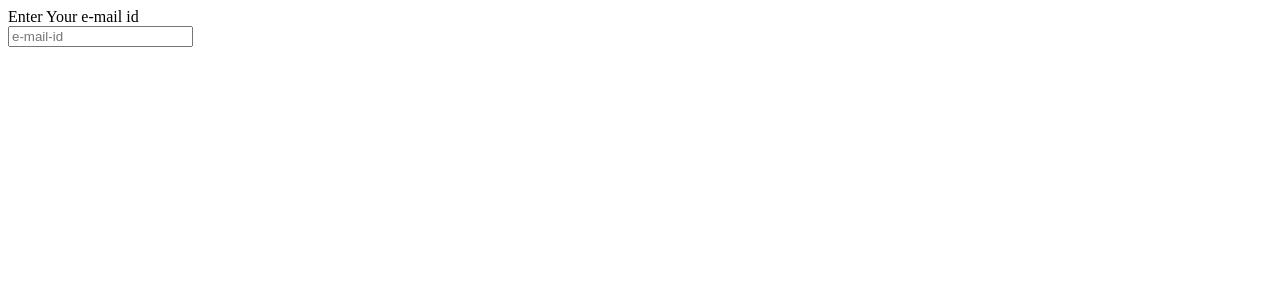
Repository: sauran/SapientTraining
Page: DemoProject/WebContent/passwordrecovery.html
These files come from the project's save history. The page is drawn as it stood at one moment and after the next save; the edit follows.
The browser window is 1280 px wide. The pictures show the whole page.

Above is the page before, as saved 2015-09-15 09:29:44.

### DemoProject/WebContent/passwordrecovery.html
<!DOCTYPE html>
<html>
<head>
<meta charset="ISO-8859-1">
<title>Password Recovery</title>
</head>
<body>

Enter Your e-mail id<br>
<input type = "text" placeholder = "e-mail-id"><br>


</body>
</html>

After the next save:
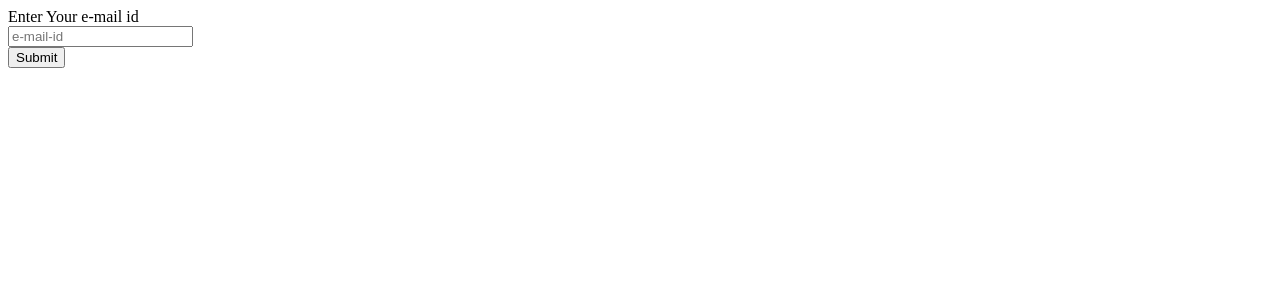
Saved 3 min 13 s later.
--- a/DemoProject/WebContent/passwordrecovery.html
+++ b/DemoProject/WebContent/passwordrecovery.html
@@ -8,6 +8,7 @@
 
 Enter Your e-mail id<br>
 <input type = "text" placeholder = "e-mail-id"><br>
+<input type ="submit" name= "submit">
 
 
 </body>
